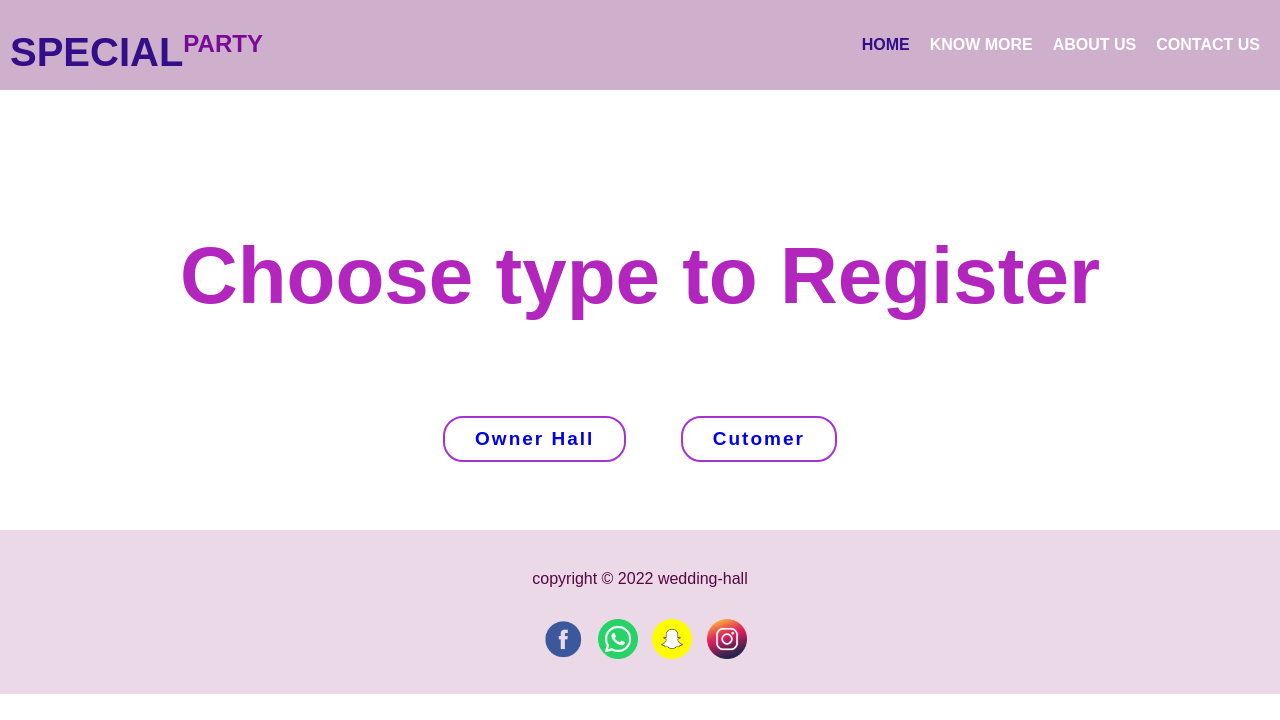
Repository: special4Party/Graduation-project-wedding-hall
Page: http://localhost/include/temp/choosing_type_signup.html
The author's editor kept a copy of each file at every save. The page is drawn from the files as they stood at one save, then again after the next save.
The browser window is 1280 px wide. The pictures show the whole page.
The page is run by PHP 8.4 with error messages shown; the project is at /var/www/html/.

Above is the page before, as saved 2022-04-14 14:30:22.

After the next save:
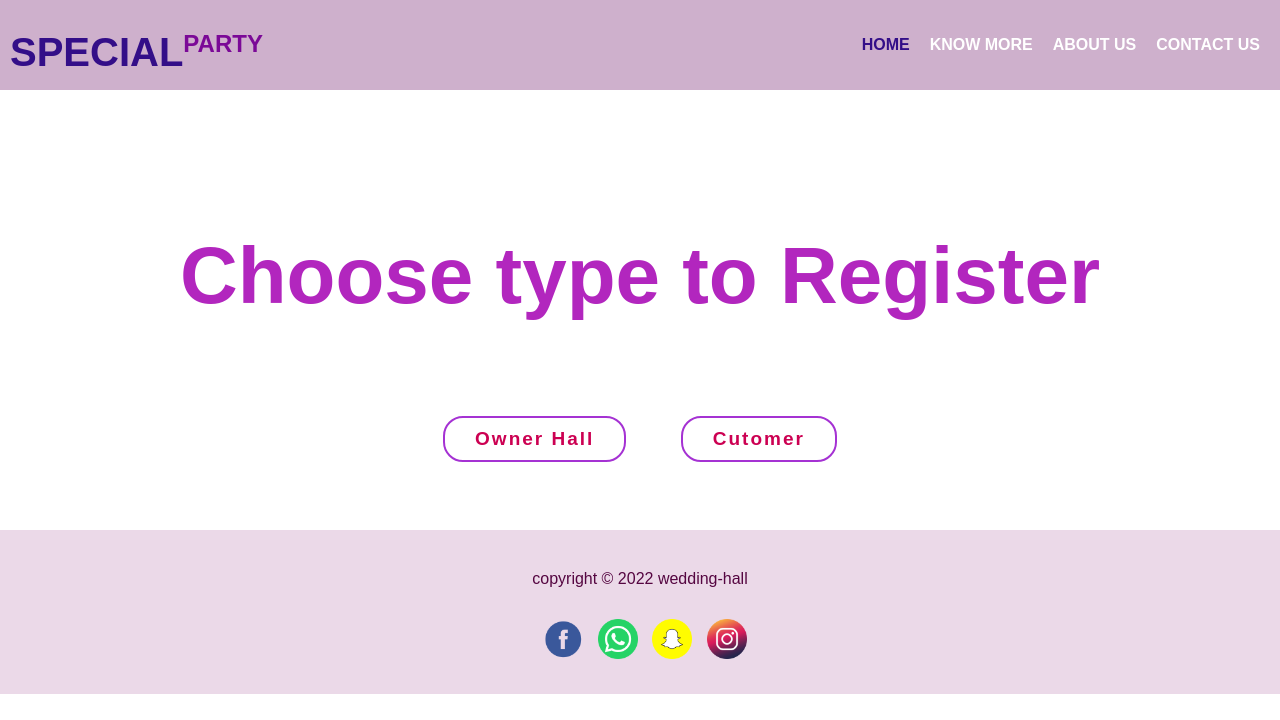
Saved 36 s later.
--- a/layout/css/type_signup.css
+++ b/layout/css/type_signup.css
@@ -66,7 +66,7 @@
 }
 .btn{
     cursor: pointer;
-    color: #cc0052;
+
     font-size: 19px;
     letter-spacing: 2px;
     padding: 10px 30px;
@@ -78,13 +78,14 @@
     margin: 40px 25px;
     border-radius: 20px;
 }
-.btn:hover{
+.btn a:hover{
     color: #350d1d;
     background-color: rgb(233, 186, 196);
     box-shadow: 0px 2px 25px #a532d3;
 
 }
 .btn a{
+    color: #cc0052;
     text-decoration: none;
     text-decoration-line: none;
 }
